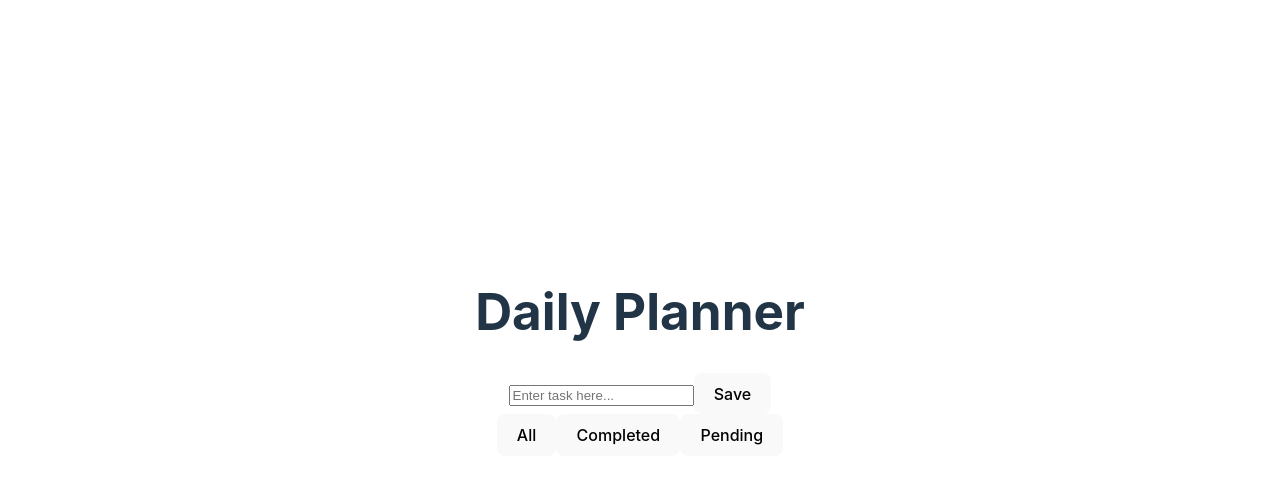
Repository: leslie179/lab4
Page: / (app in lab4/)
An editor plug-in stored every save of this project. The page is shown before and after a run of saves, followed by the edit.
The browser window is 1280 px wide. The pictures show the whole page.
The project was rebuilt for these pictures with package versions that can differ from the ones it lists, and the page was loaded fresh each time. Also part of the build but not shown: lab4/vite.config.js, lab4/src/components/Task.jsx.

Above is the page before, as saved 2024-10-27 18:02:13.

### lab4/src/App.jsx
import { useState } from 'react'
import './App.css'

import Task from './components/Task'
import TaskForm from './components/TaskForm'

function App() {
  const [tasks, setTasks] = useState([])
  const [filter, setFilter] = useState("All")
  return (
    <div>
      <h1>Daily Planner</h1>
      <TaskForm setTasks={setTasks}/>
      <button onClick={() => setFilter("All")}>All</button>
      <button onClick={() => setFilter("Completed")}>Completed</button>
      <button onClick={() => setFilter("Pending")}>Pending</button>
      <ul>
        {tasks && tasks.filter((task) => {
          if (filter === "All") {
            return true
          } else if (filter === "Completed") {
            return task.completed
          } else if (filter === "Pending") {
            return !task.completed
          }

          return true // not really necessary
        }).map((task, i) => {
          return <Task task={task} setTasks={setTasks} index={i} />
        })}
      </ul>

    </div>
  )
}

export default App

### lab4/src/components/TaskForm.jsx
import { useState } from "react"

function TaskForm({ setTasks }) {
    const [currentTask, setCurrentTask] = useState()
    const save = () => {
        setTasks((currentTasks) => { // trick to get current state
            // im just naming it tmp for temporary
            const tmpTasks = [...currentTasks] // deep copy (tmpTasks is just a copy of currentTasks cause you cant just copy an array)
            tmpTasks.push({ task: currentTask, completed: false })
            return tmpTasks
        })
        setCurrentTask("")
    }
    // the onChange is a function that runs everytime the input text changes
    // everytime the input text changes update the state with the value of the text input
    return <div>
        <input type="text" onChange={(e) => setCurrentTask(e.target.value)} placeholder="Enter task here..."/>
        <button onClick={() => save()}>Save</button>
    </div>
}

export default TaskForm

Loaded but not shown: lab4/index.html (common file); lab4/src/main.jsx (common file); lab4/src/index.css (common file); lab4/src/App.css (common file)

After the next 2 saves:
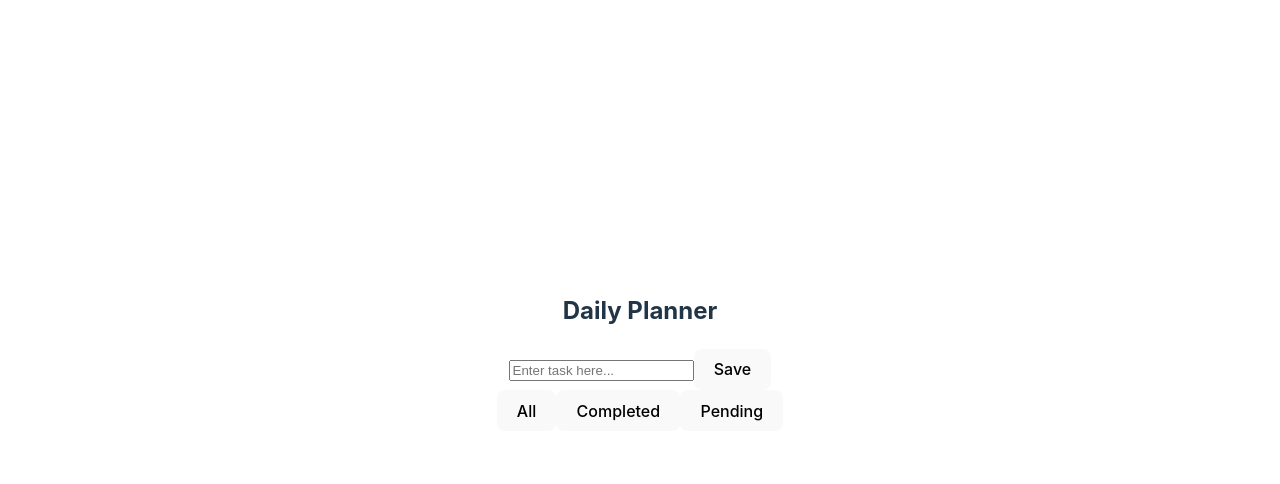
The 2 saves are shown as one change because 1 did not build or start.
The last was saved 15 s later.
--- a/lab4/src/App.jsx
+++ b/lab4/src/App.jsx
@@ -9,7 +9,7 @@
   const [filter, setFilter] = useState("All")
   return (
     <div>
-      <h1>Daily Planner</h1>
+      <h2>Daily Planner</h2>
       <TaskForm setTasks={setTasks}/>
       <button onClick={() => setFilter("All")}>All</button>
       <button onClick={() => setFilter("Completed")}>Completed</button>

After the save that followed:
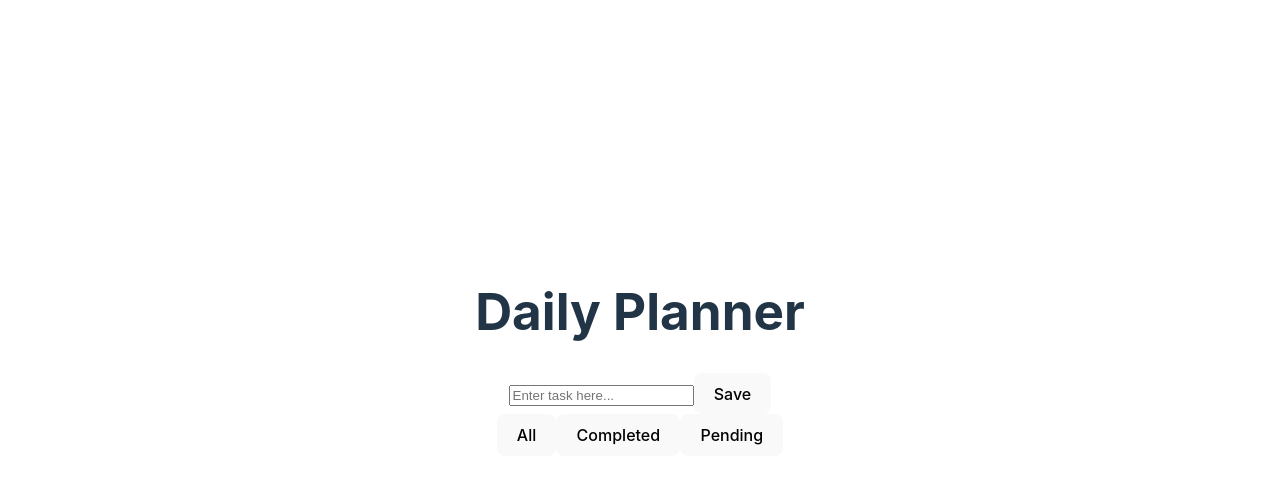
Saved 9 s later.
--- a/lab4/src/App.jsx
+++ b/lab4/src/App.jsx
@@ -9,7 +9,7 @@
   const [filter, setFilter] = useState("All")
   return (
     <div>
-      <h2>Daily Planner</h2>
+      <h1>Daily Planner</h1>
       <TaskForm setTasks={setTasks}/>
       <button onClick={() => setFilter("All")}>All</button>
       <button onClick={() => setFilter("Completed")}>Completed</button>
